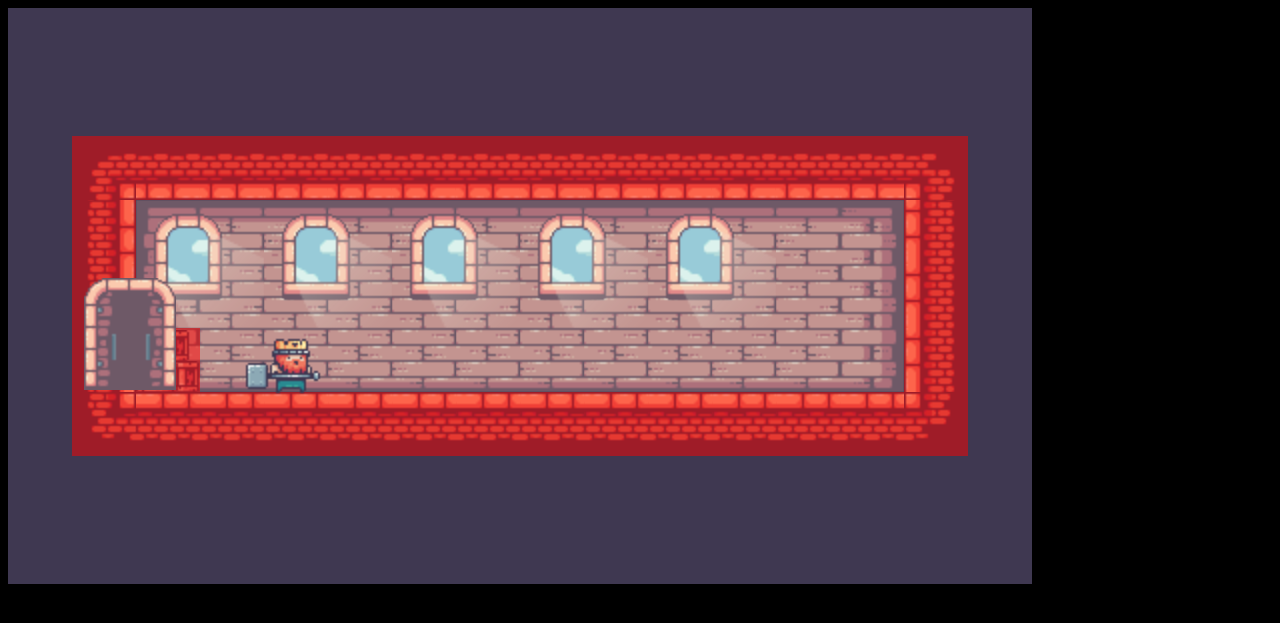
Repository: kassemKu/vanilla_kings_and_pigs
Page: index.html
These files come from the project's save history. The page is drawn as it stood at one moment and after the next save; the edit follows.
The browser window is 1280 px wide. The pictures show the whole page.

Above is the page before, as saved 2022-11-12 21:17:56.

### index.html
<!DOCTYPE html>
<html lang="en">

<head>
  <meta charset="UTF-8" />
  <meta http-equiv="X-UA-Compatible" content="IE=edge" />
  <meta name="viewport" content="width=device-width, initial-scale=1.0" />
  <title>Platform</title>
</head>
<style>
  body {
    background-color: black;
    overflow: hidden;
  }
</style>

<body>
  <canvas></canvas>
  <script src="./js/utils.js"></script>
  <script src="./js/data/collisions.js"></script>
  <script src="./js/classes/CollisionBlock.js"></script>
  <script src="./js/classes/Sprite.js"></script>
  <script src="./js/classes/Player.js"></script>
  <script src="./js/eventListener.js"></script>
  <script src="./main.js"></script>
</body>

</html>

### js/utils.js
Array.prototype.parse2D = function () {
  const rows = [];
  for (let i = 0; i < this.length; i += 16) {
    rows.push(this.slice(i, i + 16));
  }

  return rows;
};

Array.prototype.createObjectFrom2D = function () {
  const objects = [];
  this.forEach((row, y) => {
    row.forEach((symbol, x) => {
      if (symbol === 292) {
        // push a new collision into collisionBlocks array
        objects.push(
          new CollisionBlock({
            position: {
              x: x * 64,
              y: y * 64,
            },
          })
        );
      }
    });
  });

  return objects;
};

### js/data/collisions.js
const collisionsLevel1 = [
  0, 0, 0, 0, 0, 0, 0, 0, 0, 0, 0, 0, 0, 0, 0, 0, 0, 0, 0, 0, 0, 0, 0, 0, 0, 0,
  0, 0, 0, 0, 0, 0, 0, 292, 292, 292, 292, 292, 292, 292, 292, 292, 292, 292,
  292, 292, 292, 0, 0, 292, 0, 0, 0, 0, 0, 0, 0, 0, 0, 0, 0, 0, 292, 0, 0, 292,
  0, 0, 0, 0, 0, 0, 0, 0, 0, 0, 0, 0, 292, 0, 0, 292, 292, 0, 0, 0, 0, 0, 0, 0,
  0, 0, 0, 0, 292, 0, 0, 292, 292, 292, 292, 292, 292, 292, 292, 292, 292, 292,
  292, 292, 292, 0, 0, 0, 0, 0, 0, 0, 0, 0, 0, 0, 0, 0, 0, 0, 0, 0, 0, 0, 0, 0,
  0, 0, 0, 0, 0, 0, 0, 0, 0, 0, 0, 0,
];

### js/classes/CollisionBlock.js
class CollisionBlock {
  constructor({ position }) {
    this.position = position;
    this.width = 64;
    this.height = 64;
  }

  draw() {
    c.fillStyle = "rgba(255, 0, 0, 0.5)";
    c.fillRect(this.position.x, this.position.y, this.width, this.height);
  }
}

### js/classes/Sprite.js
class Sprite {
  constructor({
    position,
    imageSrc,
    frameRate = 1,
    animations,
    frameBuffer = 2,
    loop = true,
  }) {
    this.position = position;
    this.image = new Image();
    this.image.onload = () => {
      this.loaded = true;
      this.width = this.image.width / this.frameRate;
      this.height = this.image.height;
    };
    this.image.src = imageSrc;
    this.loaded = false;
    this.frameRate = frameRate;
    this.currentFrame = 0;
    this.elapsedFrames = 0;
    this.frameBuffer = frameBuffer;
    this.animations = animations;
    this.loop = loop

    if (this.animations) {
      for (let key in this.animations) {
        const image = new Image();
        image.src = this.animations[key].imageSrc;
        this.animations[key].image = image;
      }
    }
  }
  draw() {
    if (!this.loaded) return;
    const cropbox = {
      position: {
        x: this.width * this.currentFrame,
        y: 0,
      },
      width: this.width,
      height: this.height,
    };

    c.drawImage(
      this.image,
      cropbox.position.x,
      cropbox.position.y,
      cropbox.width,
      cropbox.height,
      this.position.x,
      this.position.y,
      this.width,
      this.height
    );

    this.updateFrames();
  }

  updateFrames() {
    this.elapsedFrames++;

    if (this.elapsedFrames % this.frameBuffer === 0) {
      if (this.currentFrame < this.frameRate - 1) this.currentFrame++;
      else if(this.loop) this.currentFrame = 0;
    }
  }
}

### js/classes/Player.js
class Player extends Sprite {
  constructor({ collisionBlocks = [], imageSrc, frameRate, animations }) {
    super({ imageSrc, frameRate, animations });
    this.position = {
      x: 200,
      y: 200,
    };

    this.velocity = {
      x: 0,
      y: 0,
    };

    this.sides = {
      bottom: this.position.y + this.height,
    };
    this.gravity = 1;

    this.collisionBlocks = collisionBlocks;
  }

  update() {
    // this is blue box
    // c.fillStyle = "rgba(0, 0, 255, 0.5)";
    // c.fillRect(this.position.x, this.position.y, this.width, this.height);
    this.position.x += this.velocity.x;

    this.updateHitbox();

    this.checkForHorizontalCollisions();
    this.applyGravity();

    this.updateHitbox();

    // c.fillRect(
    //   this.hitbox.position.x,
    //   this.hitbox.position.y,
    //   this.hitbox.width,
    //   this.hitbox.height
    // );
    this.checkForVerticalCollisions();
  }

  switchSprite(name) {
    if (this.image === this.animations[name].image) return;
    this.currentFrame = 0;
    this.image = this.animations[name].image;
    this.frameRate = this.animations[name].frameRate;
    this.frameBuffer = this.animations[name].frameBuffer;
  }

  updateHitbox() {
    this.hitbox = {
      position: {
        x: this.position.x + 58,
        y: this.position.y + 34,
      },
      width: 50,
      height: 53,
    };
  }

  checkForHorizontalCollisions() {
    for (let i = 0; i < this.collisionBlocks.length; i++) {
      const collisionBlock = this.collisionBlocks[i];
      // if a collision exists
      if (
        this.hitbox.position.x <=
          collisionBlock.position.x + collisionBlock.width &&
        this.hitbox.position.x + this.hitbox.width >=
          collisionBlock.position.x &&
        this.hitbox.position.y + this.hitbox.height >=
          collisionBlock.position.y &&
        this.hitbox.position.y <=
          collisionBlock.position.y + collisionBlock.height
      ) {
        // collision on x axis going to the left
        if (this.velocity.x < -0) {
          const offset = this.hitbox.position.x - this.position.x;
          this.position.x =
            collisionBlock.position.x + collisionBlock.width - offset + 0.01;
          break;
        }
        if (this.velocity.x > 0) {
          const offset =
            this.hitbox.position.x - this.position.x + this.hitbox.width;
          this.position.x = collisionBlock.position.x - offset - 0.01;
          break;
        }
      }
    }
  }
  applyGravity() {
    this.velocity.y += this.gravity;
    this.position.y += this.velocity.y;
  }

  checkForVerticalCollisions() {
    // check for vertical collisions
    for (let i = 0; i < this.collisionBlocks.length; i++) {
      const collisionBlock = this.collisionBlocks[i];
      // if a collision exists
      if (
        this.hitbox.position.x <=
          collisionBlock.position.x + collisionBlock.width &&
        this.hitbox.position.x + this.hitbox.width >=
          collisionBlock.position.x &&
        this.hitbox.position.y + this.hitbox.height >=
          collisionBlock.position.y &&
        this.hitbox.position.y <=
          collisionBlock.position.y + collisionBlock.height
      ) {
        if (this.velocity.y < 0) {
          this.velocity.y = 0;
          const offset = this.hitbox.position.y - this.position.y;
          this.position.y =
            collisionBlock.position.y + collisionBlock.height - offset + 0.01;
          break;
        }

        if (this.velocity.y > 0) {
          this.velocity.y = 0;
          const offset =
            this.hitbox.position.y - this.position.y + this.hitbox.height;
          this.position.y = collisionBlock.position.y - offset - 0.01;
          break;
        }
      }
    }
  }
}

### js/eventListener.js
window.addEventListener("keydown", (event) => {
  switch (event.key) {
    case " ":
      if (player.velocity.y === 0) player.velocity.y = -25;

      break;
    case "ArrowLeft":
      // move player to left
      keys.a.pressed = true;
      break;
    case "ArrowRight":
      // move player to right
      keys.d.pressed = true;
      break;
  }
});

window.addEventListener("keyup", (event) => {
  switch (event.key) {
    case "ArrowUp":
      keys.w.pressed = false;

      break;
    case "ArrowLeft":
      // move player to left
      keys.a.pressed = false;
      break;
    case "ArrowRight":
      // move player to right
      keys.d.pressed = false;
      break;
  }
});

### main.js
const canvas = document.querySelector("canvas");
const c = canvas.getContext("2d");

canvas.width = 64 * 16; // 1024
canvas.height = 64 * 9; // 576

const parsedCollisions = collisionsLevel1.parse2D();
const collisionBlocks = parsedCollisions.createObjectFrom2D();

const backgroundLevel1 = new Sprite({
  position: {
    x: 0,
    y: 0,
  },
  imageSrc: "./img/backgroundLevel1.png",
});

const player = new Player({
  collisionBlocks,
  imageSrc: "./img/king/idle.png",
  frameRate: 11,
  animations: {
    idleRight: {
      frameRate: 11,
      frameBuffer: 2,
      loop: true,
      imageSrc: "./img/king/idle.png",
    },
    idleLeft: {
      frameRate: 11,
      frameBuffer: 2,
      loop: true,
      imageSrc: "./img/king/idleLeft.png",
    },
    runRight: {
      frameRate: 8,
      frameBuffer: 4,
      loop: true,
      imageSrc: "./img/king/runRight.png",
    },
    runLeft: {
      frameRate: 8,
      frameBuffer: 4,
      loop: true,
      imageSrc: "./img/king/runLeft.png",
    },
  },
});

const doors = [
  new Sprite({
    position: {
      x: 76,
      y: 270,
    },
    imageSrc: "./img/doorOpen.png",
    frameRate: 5,
    frameBuffer: 5,
    loop: false
  }),
];

const keys = {
  w: {
    pressed: false,
  },
  a: {
    pressed: false,
  },
  d: {
    pressed: false,
  },
};
function animate() {
  window.requestAnimationFrame(animate);

  backgroundLevel1.draw();
  collisionBlocks.forEach((collisionBlock) => {
    collisionBlock.draw();
  });

  doors.forEach((door) => {
    door.draw();
  });

  player.velocity.x = 0;
  if (keys.d.pressed) {
    player.switchSprite("runRight");
    player.velocity.x = 5;
    player.lastDirection = "right";
  } else if (keys.a.pressed) {
    player.switchSprite("runLeft");
    player.velocity.x = -5;
    player.lastDirection = "left";
  } else {
    if (player.lastDirection === "left") player.switchSprite("idleLeft");
    else player.switchSprite("idleRight");
  }

  player.draw();
  player.update();
}

animate();

After the next save:
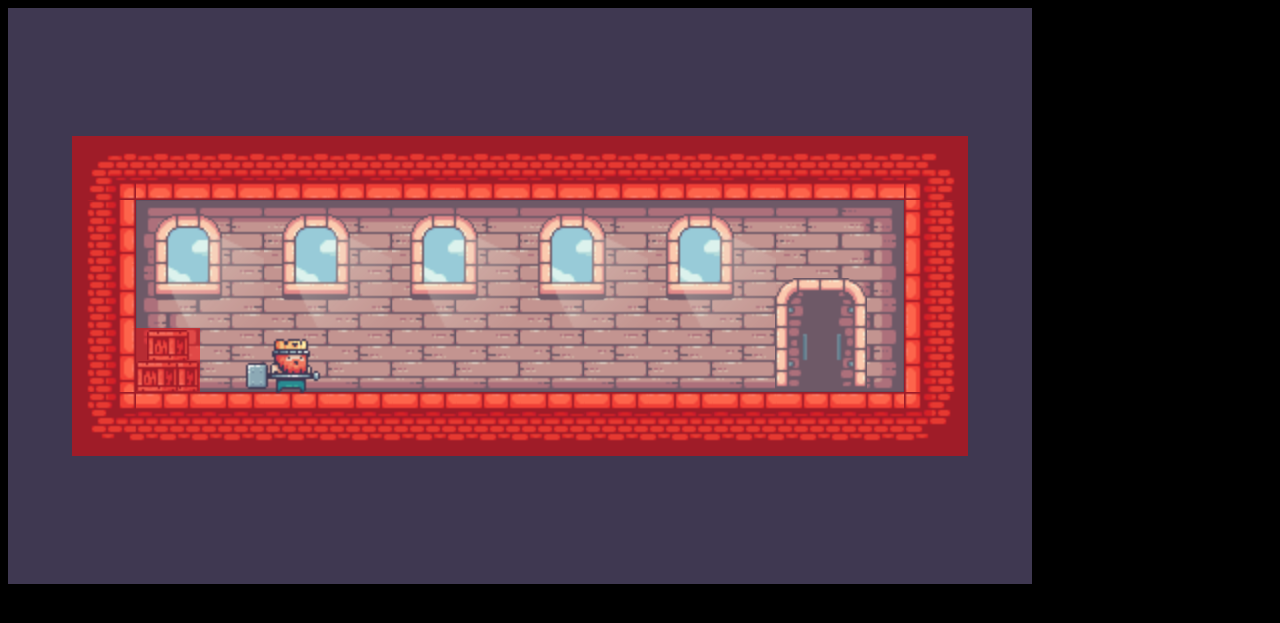
Saved 15 s later.
--- a/main.js
+++ b/main.js
@@ -50,7 +50,7 @@ const player = new Player({
 const doors = [
   new Sprite({
     position: {
-      x: 76,
+      x: 767,
       y: 270,
     },
     imageSrc: "./img/doorOpen.png",
